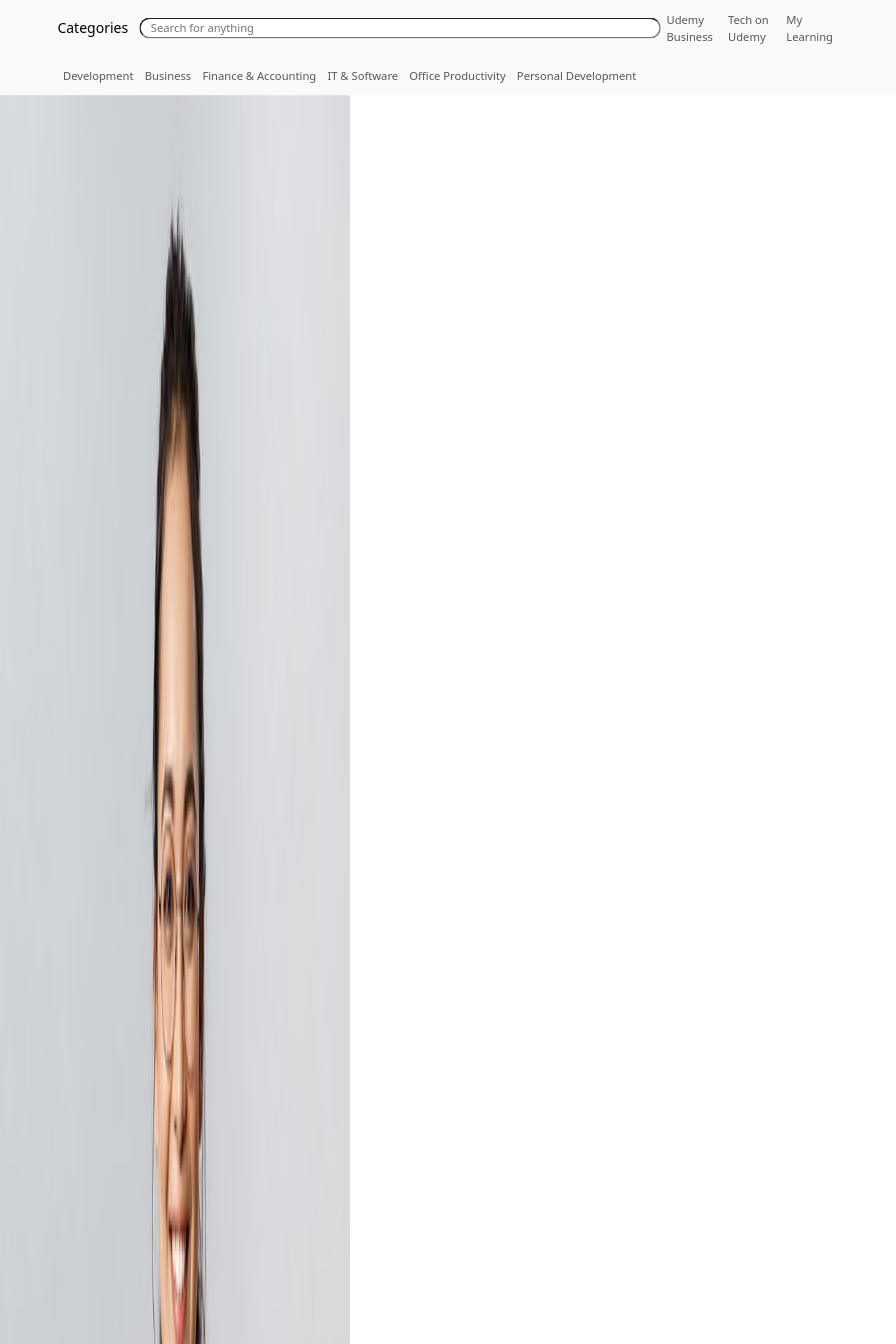
Repository: Taniafdes/newProject
Page: /
These files come from the project's save history. The page is drawn as it stood at one moment and after the next save; the edit follows.
The browser window is 1280 px wide. The pictures show the part of the page from y = 0 to 1920 px (the page is 5322 px tall before and 720 px after), at 70% of full size.
The project was rebuilt for these pictures with package versions that can differ from the ones it lists, and the page was loaded fresh each time. The framework's server and built-in components were replaced by stand-ins that run in the browser. Also part of the build but not shown: next.config.js.

Above is the page before, as saved 2023-06-15 17:04:01.

After the next save:
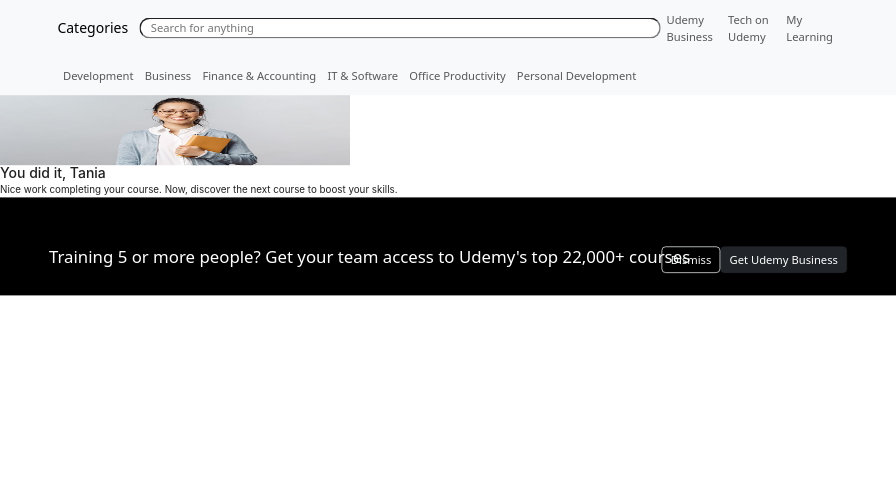
Saved 8 s later.
--- a/pages/home/home.js
+++ b/pages/home/home.js
@@ -9,7 +9,7 @@
   return (
     <Carousel afterChange={onChange}>
       <div>
-        <Image src='/images/image1.jpg' width={500} height={5000} />
+        <Image src='/images/image1.jpg' width={500} height={100} />
         <Card.Body>
         <Card.Title>You did it, Tania</Card.Title>
         <Card.Text>
